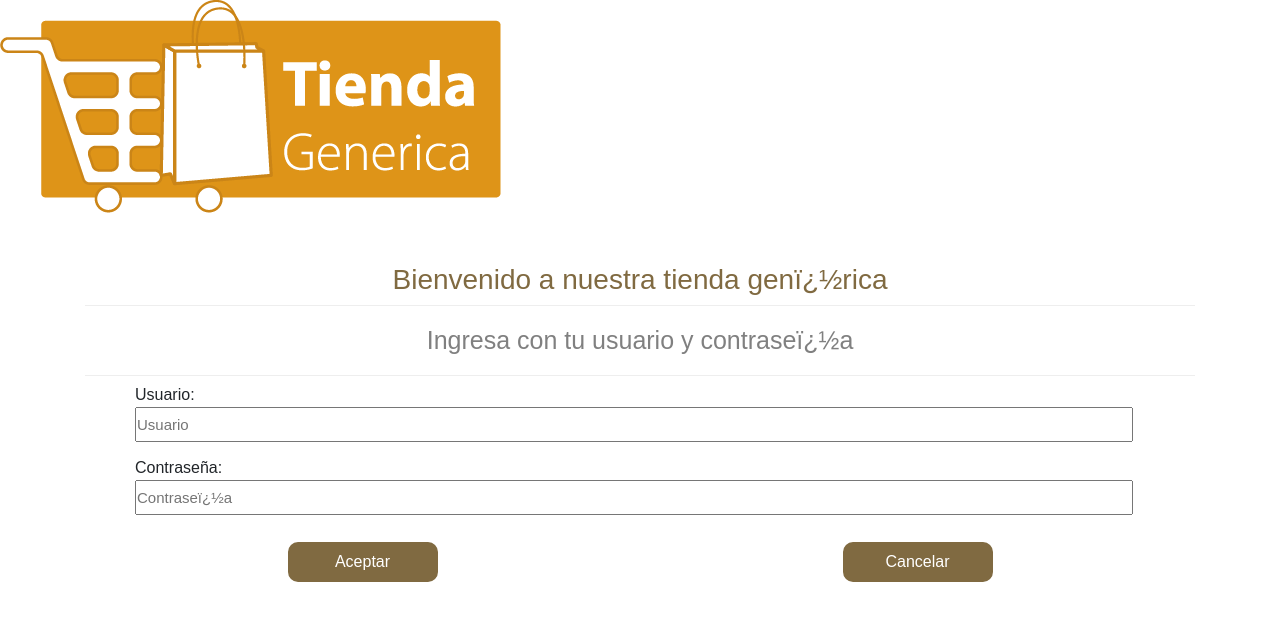
Repository: andresrojas686/tiendaGenericaMintic
Page: primerJSP/src/main/webapp/index.html
The author's editor kept a copy of each file at every save. The page is drawn from the files as they stood at one save, then again after the next save.
The browser window is 1280 px wide. The pictures show the whole page.

Above is the page before, as saved 2021-09-27 01:01:55.

### primerJSP/src/main/webapp/index.html
<!DOCTYPE html>
<html>
<head>
<meta charset="ISO-8859-1">
<link rel="stylesheet" href="style/styles.css">
<link rel="stylesheet" href="style/main.css">
<link rel="shortcut icon" href="img/logo_pestana.png" />
<title>Tienda generica Eclipse</title>
</head>
<body>
	<img alt="" src="img/logo_header.png" class="logo">
	<h1 class="titulo-tienda">Bienvenido a nuestra tienda genï¿½rica</h1>
	<section class="main">
		<div class="container">
			<section class="row">
				<div class="col">
					<div class="border-top border-bottom py-3">
						<p class="ingresa">Ingresa con tu usuario y contraseï¿½a</p>
				    </div>
				    <div>
						<form action="comprobarUsuario.jsp" method="post">
							<label for="usuario">
								<span>Usuario:</span>
								<input type="text" name="usuario" placeholder="Usuario" id="usuario">
							</label>
							<label for="pass">
								<span>Contraseña:</span>
								<input type="password" name="pass" placeholder="Contraseï¿½a" id="pass">
							</label>
							<div class="contenedor-botones">
								<input type="submit" value="Aceptar" class="botones-usuario">
								<input type="reset" value="Cancelar" class="botones-usuario">
							</div>
						</form>
					</div>
				</div>
			</section>
		</div>
	</section>
</body>
</html>

### primerJSP/src/main/webapp/style/styles.css
@charset "ISO-8859-1";
*{
    margin: 0;
    padding: 0;
}
body{
	background-color: red;
}
.titulo-tienda{
  text-align: center;
  margin-top: 50px;
  font-family:Arial, Helvetica, sans-serif;
  font-size: 28px;
  color: #806a41;
}
.ingresa{
  text-align: center;
  font-size: 25px;
  color: grey;
}
form label{
  margin-left: 50px;
  margin-top: 7px;
  margin-bottom: 7px;
}
.usuario{
  display: flex;
}
form label input{
  flex-wrap: wrap;
  width: 78vw;
  height: 35px;
  font-size: 15px;
  /* border-radius: 5px; */
}
.contenedor-botones{
  margin-top: 20px;
  display: flex;
  width: 100%;
}

.botones-usuario{
  margin: 0 auto;
  width: 150px;
  height: 40px;
  color: white;
  border: 2px solid #806a41;
  background-color: #806a41;
  border-radius: 10px;
  cursor: pointer;
}
.botones-usuario a{
  color: white;
}
.botones-usuario:hover{
  background-color: white;
  color: #806a41;
  box-shadow: 3px 3px 3px gray;
}
.enlace-usuario{
  text-align: center;
  padding-top: 5px;
  width: 150px;
  height: 40px;
  color: white;
  border: 2px solid #806a41;
  background-color: #806a41;
  border-radius: 10px;
}
.enlace-usuario:hover{
  text-align: center;
  padding-top: 5px;
  width: 150px;
  height: 40px;
  color: white;
  border: 2px solid #806a41;
  background-color: white;
  color: #806a41;
  border-radius: 10px;
}

.agregar-usuario{
  background-color: #806a41 !important;
  border: none !important;
  margin-top: 15px;
}
.agregar-usuario:hover{
  box-shadow: 3px 3px 3px gray;
}


.editar-usuario{
  background-color: #806a41 !important;
  border: none !important;
  margin: 5px;
}
.editar-usuario:hover{
  box-shadow: 3px 3px 3px gray;
}

.eliminar-usuario{
  background-color: #806a41 !important;
  border: none !important;
  margin: 5px;
}
.eliminar-usuario:hover{
  box-shadow: 3px 3px 3px gray;
}


.titulo-tabla{
  color: #806a41;
}
.titulo-tabla-centrada{
  color: #806a41;
  text-align: center;
}

Loaded but not shown: primerJSP/src/main/webapp/style/main.css (library)

After the next save:
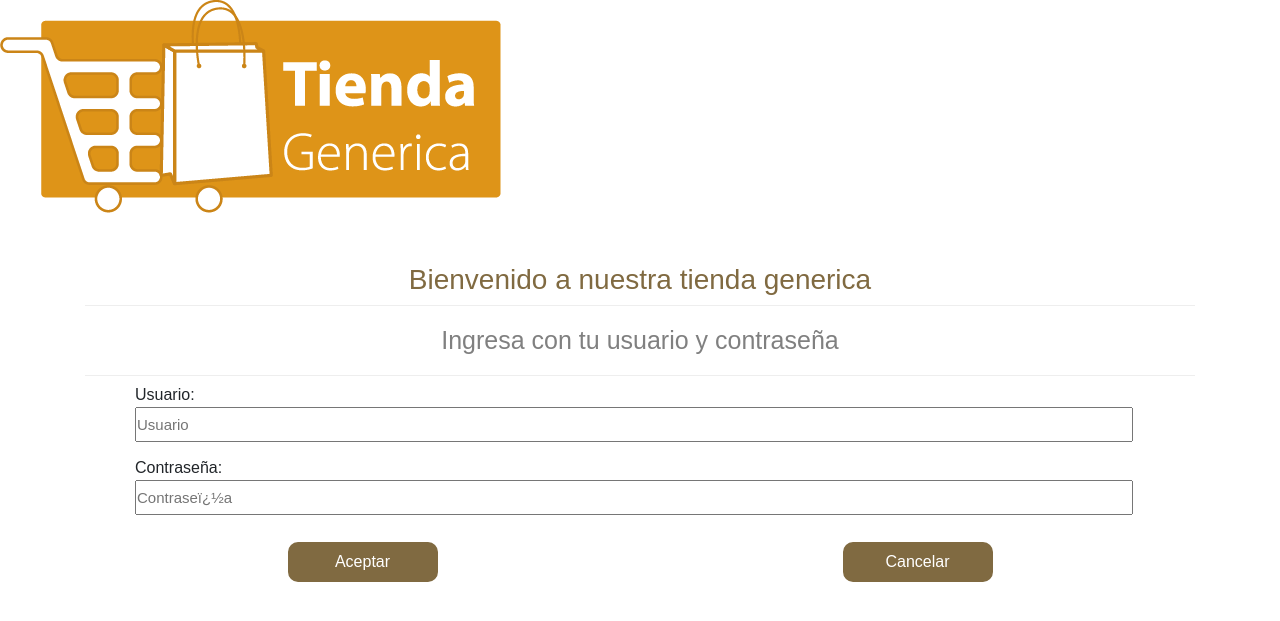
Saved 17 s later.
--- a/primerJSP/src/main/webapp/index.html
+++ b/primerJSP/src/main/webapp/index.html
@@ -9,13 +9,13 @@
 </head>
 <body>
 	<img alt="" src="img/logo_header.png" class="logo">
-	<h1 class="titulo-tienda">Bienvenido a nuestra tienda genï¿½rica</h1>
+	<h1 class="titulo-tienda">Bienvenido a nuestra tienda generica</h1>
 	<section class="main">
 		<div class="container">
 			<section class="row">
 				<div class="col">
 					<div class="border-top border-bottom py-3">
-						<p class="ingresa">Ingresa con tu usuario y contraseï¿½a</p>
+						<p class="ingresa">Ingresa con tu usuario y contraseña</p>
 				    </div>
 				    <div>
 						<form action="comprobarUsuario.jsp" method="post">
